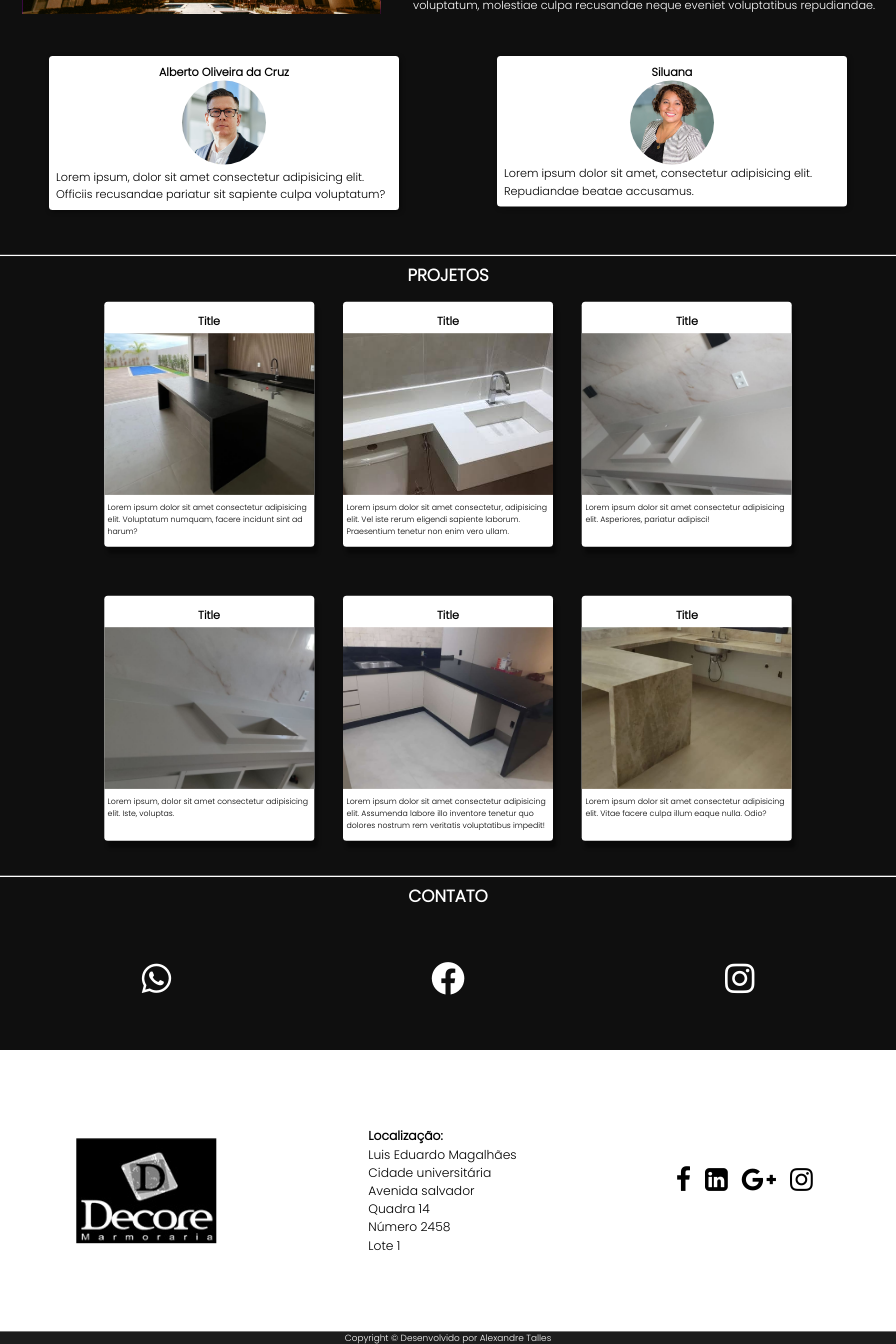
Repository: XFERRER7/projeto-xt7
Page: projetoMarmoraria/index.html
An editor plug-in stored every save of this project. The page is shown before and after the next save, followed by the edit.
The browser window is 1280 px wide. The pictures show the part of the page from y = 1100 to 3020 px (the page is 3020 px tall), at 70% of full size.
Some web libraries are served in a nearby version.

Above is the page before, as saved 2022-05-09 18:58:32.

### projetoMarmoraria/index.html
<!DOCTYPE html>
<html lang="pt-br">

<head>
  <meta charset="UTF-8">
  <meta http-equiv="X-UA-Compatible" content="IE=edge">
  <meta name="viewport" content="width=device-width, initial-scale=1.0">
  <title>Marmoraria Decore</title>
  <link rel="stylesheet" href="css/style.css">
  <link rel="stylesheet" href="https://cdnjs.cloudflare.com/ajax/libs/font-awesome/6.1.1/css/all.min.css"
    integrity="sha512-KfkfwYDsLkIlwQp6LFnl8zNdLGxu9YAA1QvwINks4PhcElQSvqcyVLLD9aMhXd13uQjoXtEKNosOWaZqXgel0g=="
    crossorigin="anonymous" referrerpolicy="no-referrer" />
  <link rel="stylesheet" href="https://cdnjs.cloudflare.com/ajax/libs/font-awesome/6.1.1/css/solid.min.css"
    integrity="sha512-qzgHTQ60z8RJitD5a28/c47in6WlHGuyRvMusdnuWWBB6fZ0DWG/KyfchGSBlLVeqAz+1LzNq+gGZkCSHnSd3g=="
    crossorigin="anonymous" referrerpolicy="no-referrer" />
  <link rel="stylesheet" href="https://cdnjs.cloudflare.com/ajax/libs/font-awesome/4.7.0/css/font-awesome.min.css" />

</head>

<body>

  <!-- ----------------------------------------------------------------------------------------------------------------- -->


  <!-- HEADER -->
  <header>
    <nav>
      <a class="logo" href="#">MARMORARIA <span id="decore">DECORE</span></a>
      <div class="mobile-menu">
        <div class="line1"></div>
        <div class="line2"></div>
        <div class="line3"></div>
      </div>
      <ul class="nav-list">
        <li><a href="#">Início</a></li>
        <li><a href="#">Sobre</a></li>
        <li><a href="#">Projetos</a></li>
        <li><a href="#">Contato</a></li>
      </ul>
    </nav>
    <div class="hero-section">
      <div class="hero-section-text">
        <h1 id="titulo-header">MARMORES SOB MEDIDA</h1>
        <p id="paragrafo-header">Lorem ipsum, dolor sit amet consectetur adipisicing elit.</p>
      </div>
    </div>
  </header>
  <!-- FIM DO HEADER -->


  <!-- ----------------------------------------------------------------------------------------------------------------- -->


  <!-- MAIN -->
  <main>

    <!-- SECTION B -->
    <section class="section-b">
      <h1 id="section-b-h1">SOBRE</h1>


      <!-- SOBRE PARA CELULAR -->
      <div class="cel">
        <div class="card" id="card-1"></div>
        <p class="text-sobre">Lorem ipsum dolor sit amet consectetur adipisicing elit. Aspernatur maxime illo architecto
          repellendus. Voluptatum ab magnam nihil suscipit, error quod iste dicta, quisquam fugiat, veritatis veniam
          aspernatur modi! Commodi aut officia optio reprehenderit hic sunt aspernatur ipsam minus, dicta qui omnis,
          ratione voluptatem quas sint labore. Temporibus id distinctio asperiores natus omnis earum amet. Obcaecati
          atque, a placeat necessitatibus dolorum labore rerum veritatis adipisci unde itaque iusto, voluptate quis
          tenetur voluptatibus doloremque at voluptates commodi! Ex recusandae repellat iste modi sapiente? Minus, ullam
          ad quia pariatur delectus quaerat velit sit labore aspernatur consequuntur possimus ipsum ipsam, vero ea
          expedita in sequi? Consequuntur iusto repellendus minus hic velit eum, veritatis molestias, sequi, laborum
          nisi consequatur. Dolore, amet placeat. Molestias molestiae aperiam soluta voluptatum odit voluptatem atque,
          repellendus asperiores maiores libero. Nulla odio alias reiciendis dolore cum deleniti beatae autem molestias
          earum minima accusamus nesciunt nostrum quos fugiat cupiditate molestiae, veniam doloremque.</p>
      </div>


      <!-- SOBRE PARA TELAS MAIORES -->
      <div class="imgtext">
        <div id="imgtext-img">
          <div id="content-imgtext-img"></div>
        </div>
        <div id="imgtext-text">
          <div id="content-imgtext-text">
            <p id="content-imgtext-text-p">Lorem ipsum dolor sit amet consectetur adipisicing elit. Odio non, itaque
              quae ut voluptas culpa quod amet dignissimos repellat consequuntur atque enim, nobis, commodi rerum. Quae
              iste repellat voluptatibus dignissimos numquam magnam et vel ratione temporibus, esse nihil eveniet a
              aperiam saepe enim debitis provident! Iure a accusantium voluptate doloribus, velit qui eum porro dicta
              ipsam quos facilis, id officiis molestiae est atque tempora, provident itaque explicabo voluptatem fugiat
              neque inventore eligendi. Reprehenderit fugit quod ratione fugiat inventore facere possimus fuga maiores
              recusandae, illum quaerat dolorum unde ipsa dolore asperiores alias nemo temporibus porro quam autem
              voluptate cumque velit optio nulla. Recusandae repudiandae aliquid explicabo veniam nisi illum numquam
              sequi quisquam aperiam, reprehenderit molestiae, cum animi itaque quo nesciunt facere cupiditate quasi
              quibusdam sed hic, aliquam tempora? Perspiciatis modi eligendi voluptatum, molestiae culpa recusandae
              neque eveniet voluptatibus repudiandae.</p>
          </div>
        </div>

      </div>

      <div class="container-about-person">

        <div class="about-person">
          <h4>Alberto Oliveira da Cruz</h4>
          <div class="img-person" id="person-1"></div>
          <p class="p-about-person">Lorem ipsum, dolor sit amet consectetur adipisicing elit. Officiis recusandae
            pariatur sit sapiente culpa voluptatum?</p>
        </div>

        <div class="about-person">
          <h4>Siluana</h4>
          <div class="img-person" id="person-2"></div>
          <p>Lorem ipsum dolor sit amet, consectetur adipisicing elit. Repudiandae beatae accusamus.</p>
        </div>

      </div>
    </section>


    <div class="divisa"></div>


    <!-- SECTION A -->
    <section class="section-a">
      <h1 id="section-a-h1">PROJETOS</h1>

      <!-- Container dos cards -->
      <div class="container-cards-main">

        <!-- Card 1 -->
        <div class="card-main">
          <h4 class="title-card">Title</h4>
          <div id="card-img-1"></div>
          <p class="descricao-card">Lorem ipsum dolor sit amet consectetur adipisicing elit. Voluptatum numquam, facere
            incidunt sint ad harum?</p>
        </div>

        <!-- Card 2 -->
        <div class="card-main">
          <h4 class="title-card">Title</h4>
          <div id="card-img-2"></div>
          <p class="descricao-card">Lorem ipsum dolor sit amet consectetur, adipisicing elit. Vel iste rerum eligendi
            sapiente laborum. Praesentium tenetur non enim vero ullam.</p>
        </div>

        <!-- Card 3 -->
        <div class="card-main">
          <h4 class="title-card">Title</h4>
          <div id="card-img-3"></div>
          <p class="descricao-card">Lorem ipsum dolor sit amet consectetur adipisicing elit. Asperiores, pariatur
            adipisci!</p>
        </div>

        <!-- Card 4 -->
        <div class="card-main">
          <h4 class="title-card">Title</h4>
          <div id="card-img-4"></div>
          <p class="descricao-card">Lorem ipsum, dolor sit amet consectetur adipisicing elit. Iste, voluptas.</p>
        </div>

        <!-- Card 5 -->
        <div class="card-main">
          <h4 class="title-card">Title</h4>
          <div id="card-img-5"></div>
          <p class="descricao-card">Lorem ipsum dolor sit amet consectetur adipisicing elit. Assumenda labore illo
            inventore tenetur quo dolores nostrum rem veritatis voluptatibus impedit!</p>
        </div>

        <!-- Card 6 -->
        <div class="card-main">
          <h4 class="title-card">Title</h4>
          <div id="card-img-6"></div>
          <p class="descricao-card">Lorem ipsum dolor sit amet consectetur adipisicing elit. Vitae facere culpa illum
            eaque nulla. Odio?</p>
        </div>
      </div>
    </section>



    <div class="divisa"></div>


    <!-- SECTION C -->
    <section class="section-c">
      <h1 id="section-c-h1">CONTATO</h1>
      <div id="main-div-img">
        <a href="#"><i class="fa-brands fa-whatsapp"></i></a>
        <a href="#"><i class="fa-brands fa-facebook"></i></a>
        <a href="#"><i class="fa-brands fa-instagram"></i></a>
      </div>
    </section>

  </main>
  <!-- FIM DO MAIN -->

  <!-- ----------------------------------------------------------------------------------------------------------------- -->

  <footer>
    <div class="container-footer">

      <div class="footer-up">
        <div class="footer-a block-footer-up">
          <div id="img-footer"></div>
        </div>
        <div class="footer-b block-footer-up">
          <h4>Localização:</h4>
          <p class="footer-b-p">Luis Eduardo Magalhães</p>
          <p class="footer-b-p">Cidade universitária</p>
          <p class="footer-b-p">Avenida salvador</p>
          <p class="footer-b-p">Quadra 14</p>
          <p class="footer-b-p">Número 2458</p>
          <p class="footer-b-p">Lote 1</p>
        </div>
        <div class="footer-c block-footer-up">
          <ul class="footer-c-list">
            <li><a href="#" class="medias"><i class="fa fa-facebook"></i></a></li>
            <li><a href="#" class="medias"><i class="fa fa-linkedin-square"></i></a></li>
            <li><a href="#" class="medias"><i class="fa fa-google-plus"></i></a></li>
            <li><a href="#" class="medias"><i class="fa fa-instagram"></i></a></li>
          </ul>
        </div>
      </div>

      <div id="footer-sub">
        <p>Copyright &copy; Desenvolvido por <span>Alexandre Talles</span></p>
      </div>






    </div>
  </footer>
  <script src="js/menu-bar.js"></script>
  <script src="js/changeText.js"></script>

</body>

</html>

### projetoMarmoraria/css/style.css
@import url('https://fonts.googleapis.com/css2?family=Poppins:ital,wght@0,300;1,100&display=swap');
@import url('https://fonts.googleapis.com/css2?family=Barlow:ital,wght@1,500&display=swap');

* {
  margin: 0;
  padding: 0;
  box-sizing: border-box;
  font-family: 'Poppins', sans-serif;
}

body {
  background-color: #0f0f0f;
  color: #ffffff;
}

::-webkit-scrollbar {
  width: 15px;
}

::-webkit-scrollbar-track {
  background: #000000;

}

::-webkit-scrollbar-thumb {
  background: rgb(154, 2, 255);
  border-radius: 3px;
}

/*----------------------------------MENU-BAR----------------------------------*/
nav a {
  color: #ffffff;
  text-decoration: none;
  transition: 0.8s;
}

nav a:hover {
  color: blue;
  opacity: 0.7;
}

.logo {
  font-size: 1.5em;
  text-transform: uppercase;
  color: #ffffff;
}

#decore {
  font-family: 'Barlow', sans-serif;
  color: #6817ff;
}

nav {
  display: flex;
  justify-content: space-around;
  align-items: center;
  font-family: 'Poppins', sans-serif;
  background: #111111;
  color: #ededed;
  height: 10vh;
  position: sticky;
  top: 0;
}


.nav-list {
  list-style: none;
  display: flex;
}

.nav-list li {
  letter-spacing: 3px;
  margin-left: 32px;
}

.mobile-menu {
  display: none;
  cursor: pointer;
}

.mobile-menu div {
  width: 32px;
  height: 2px;
  background: rgb(20, 24, 255);
  margin: 8px;
  transition: 0.3s;
}

@media (max-width: 999px) {
  body {
    overflow-x: hidden;
  }

  .nav-list {
    overflow-x: hidden;
    position: fixed;
    top: 10vh;
    right: 0;
    width: 50vw;
    height: 40vh;
    background: #161616;
    flex-direction: column;
    align-items: center;
    justify-content: space-around;
    transform: translateX(100%);
    transition: transform 0.3s ease-in;
  }

  .nav-list li {
    margin-left: 0;
    opacity: 0;
  }

  .mobile-menu {
    display: block;
  }
}

@media (max-width: 300px) {
  .logo {
    font-size: 0.8rem;
  }
}

.nav-list.active {
  transform: translateX(0);
}

@keyframes navLinkFade {
  from {
    opacity: 0;
    transform: translateX(50px);
  }

  to {
    opacity: 1;
    transform: translateX(0);
  }
}

.mobile-menu.active .line1 {
  transform: rotate(-45deg) translate(-8px, 8px);
}

.mobile-menu.active .line2 {
  opacity: 0;
}

.mobile-menu.active .line3 {
  transform: rotate(45deg) translate(-5px, -7px);
}

/*------------------------------IMAGEM DO HEADER------------------------------*/
.hero-section {
  background-image: linear-gradient(to bottom, rgba(0, 0, 0, 0.516), rgba(0, 0, 0, 0.516)), url(../img/img-header.jpg);
  background-position: 50%;
  background-repeat: no-repeat;
  background-size: cover;
  height: 90vh;
  text-align: center;
  display: -webkit-flex;
  display: -ms-flexbox;
  display: flex;
  -webkit-align-items: center;
  -ms-flex-align: center;
  align-items: center;
  -webkit-justify-content: center;
  -ms-flex-pack: center;
  justify-content: center;
}

#titulo-header {
  font-size: 2.3rem;
}

#paragrafo-header {
  font-size: 0.8rem;
}

.hero-section .hero-section-text {
  color: #fefefe;
  text-shadow: 1px 1px 2px #0a0a0a;
}


main {
  margin: 0;
  padding: 0;
  width: 100%;
}

/*------------------------------------Sobre------------------------------------*/

.section-b {
  background-color: #0f0f0f;
  color: #ffffff;
  margin-bottom: 5%;
}

#section-b-h1 {
  text-align: center;
  padding-top: 10px;
}

.imgtext {
  display: flex;
  margin-top: 10px;
  margin-bottom: 10px;
  height: 55%;
  margin-top: 30px;
}

#imgtext-img {
  width: 50%;
}

#imgtext-text {
  height: 100%;
  width: 50%;

}

#content-imgtext-img {
  background-color: #cd06ff;
  background-image: url(../img/img-sobre.jpg);
  background-position: center;
  background-repeat: no-repeat;
  background-size: cover;
  height: 100%;
  width: 80%;
  margin-left: 5%;
}

#content-imgtext-text {
  margin-left: -50px;
}



@media (max-width: 999px) {

  .imgtext {
    display: none;
  }

  div.card {
    width: 90%;
    height: 250px;
    background-color: #000000;
    margin: 10px 20px 0px 0px;
    background-size: cover;
    background-position: center center;
    border-radius: 5px;
  }

  div.card:hover {
    transform: scale(1.05);
    transition: all 0.5s ease-in-out;
  }

  #card-1 {
    background-image: url(../img/img-sobre.jpg);
    margin-left: 20px;
  }

  .text-sobre {
    padding: 1.2rem;
    margin: auto;
  }


}

@media (min-width: 999px) {
  .card {
    display: none;
  }

  .cel {
    display: none;
  }

}

.divisa {
  height: 2px;
  background-color: #ffffff;
}

.container-about-person {
  display: flex;
  flex-wrap: wrap;
  margin-top: 45px;
}

.about-person {
  background-color: #ffffff;
  color: #000000;
  box-shadow: 2px 2px 8px rgba(0, 0, 0, 0.438);
  border-radius: 5px;
  min-height: 200px;
  width: 500px;
  margin: auto;
  display: flex;
  align-items: center;
  justify-content: center;
  flex-direction: column;
  padding: 10px;
  margin-top: 15px;
}

.img-person {
  background-position: center top;
  background-repeat: no-repeat;
  background-size: cover;
  border-radius: 50%;
  width: 120px;
  height: 120px;
}

.p-about-person {
  margin-top: 5px;
}

/*Arrumar img-person*/

#person-1 {
  background-image: url(../img/ceo-1.jpg);
}

#person-2 {
  background-image: url(../img/ceo-2.jpg);
  background-position: center;
}

/*------------------------------Projetos------------------------------*/

.section-a {
  background-color: #0f0f0f;
}

#section-a-h1 {
  text-align: center;
  padding-top: 10px;
}

.container-cards-main {
  width: 80%;
  margin: auto;
  display: flex;
  flex-wrap: wrap;
}

.card-main {
  height: 350px;
  background-color: rgb(255, 255, 255);
  color: #000000;
  width: 300px;
  margin: 20px auto;
  margin-bottom: 50px;
  border-radius: 5px;
  padding: 10px 0px 10px 0px;
  box-shadow: 5px 10px 5px rgba(0, 0, 0, 0.404);
  transition: all 0.8s ease;

}

.card-main:hover {
  transform: scale(1.03);
}


.title-card {
  padding: 5px;
  text-align: center;
}

.descricao-card {
  padding: 10px 5px 10px 5px;
  font-size: 0.7rem;

}

#card-img-1 {
  height: 70%;
  background-image: url(../img/1.jpeg);
  background-position: center center;
  background-repeat: no-repeat;
  background-size: cover;
}

#card-img-2 {
  height: 70%;
  background-image: url(../img/2.jpeg);
  background-position: center center;
  background-repeat: no-repeat;
  background-size: cover;
}

#card-img-3 {
  height: 70%;
  background-image: url(../img/3.jpeg);
  background-position: center center;
  background-repeat: no-repeat;
  background-size: cover;
}

#card-img-4 {
  height: 70%;
  background-image: url(../img/4.jpeg);
  background-position: bottom center;
  background-repeat: no-repeat;
  background-size: cover;
}

#card-img-5 {
  height: 70%;
  background-image: url(../img/5.jpeg);
  background-position: center center;
  background-repeat: no-repeat;
  background-size: cover;
}

#card-img-6 {
  height: 70%;
  background-image: url(../img/6.jpeg);
  background-position: center center;
  background-repeat: no-repeat;
  background-size: cover;
}

@media (max-width: 999px) {
  .card-main {
    height: 450px;
    width: 400px;


  }

}

/*-----------------------------------Contato-----------------------------------*/

.section-c {
  background-color: #0f0f0f;

}

#section-c-h1 {
  text-align: center;
  padding-top: 10px;
  margin-bottom: 50px;
}

#main-div-img {
  display: grid;
  grid-template-columns: repeat(3, 1fr);
  font-size: 3rem;
  justify-items: center;
  padding: 15px;
  margin-bottom: 50px;
}

#main-div-img a {
  color: #ffffff;
}

.div-img {
  display: inline-block;
  width: 25%;
  text-align: center;
}

.div-linha {
  height: 2px;
  width: 100%;
}

.media {
  text-align: center;
}

/*-----------------------------------Footer-----------------------------------*/

footer {
  background-color: #ffffff;
  color: #000000;
}

.container-footer {
  background-color: #ffffff;
  color: #000000;
  font-size: 0.8rem;
  display: flex;
  align-items: center;
  justify-content: center;
  flex-direction: column;
}

.footer-up {
  background-color: #ffffff;
  color: #000000;
  height: 98%;
  width: 100%;
  display: flex;
  align-items: center;
  flex-direction: row;
}

.block-footer-up {
  padding: 10px;
  margin: 100px auto;
  font-size: 1.1rem;
}

#footer-sub {
  background-color: #1d1d1d;
  color: #ffffff;
  width: 100%;
  text-align: center;
}

#img-footer {
  background-image: url(../img/img-footer.jpeg);
  background-repeat: no-repeat;
  background-position: center;
  background-size: cover;
  height: 150px;
  width: 200px;
}

.footer-c-list {
  list-style: none;
  display: flex;
  align-items: center;
  justify-content: center;
  margin: 1rem 0 3rem 0;
}

.footer-c-list li {
  margin: 0 10px;
}

.footer-c-list a {
  background-color: #ffffff;
  color: #000000;
  text-decoration: none;
}

.footer-c-list a:hover i {
  color: #f01872;
  transition: 0.5s ease;
}

.medias {
  font-size: 38px;
}

@media (max-width: 999px) {
  .footer-up {
    flex-direction: column;
  }

  .block-footer-up {
    padding: 10px;
    margin: 10px auto;
  }

}

### projetoMarmoraria/js/menu-bar.js
class MobileNavbar {
  constructor(mobileMenu, navList, navLinks) {
    this.mobileMenu = document.querySelector(mobileMenu);
    this.navList = document.querySelector(navList);
    this.navLinks = document.querySelectorAll(navLinks);
    this.activeClass = "active";

    this.handleClick = this.handleClick.bind(this);
  }

  animateLinks() {
    this.navLinks.forEach((link, index) => {
      link.style.animation
        ? (link.style.animation = "")
        : (link.style.animation = `navLinkFade 0.5s ease forwards ${
            index / 7 + 0.3
          }s`);
    });
  }

  handleClick() {
    this.navList.classList.toggle(this.activeClass);
    this.mobileMenu.classList.toggle(this.activeClass);
    this.animateLinks();
  }

  addClickEvent() {
    this.mobileMenu.addEventListener("click", this.handleClick);
  }

  init() {
    if (this.mobileMenu) {
      this.addClickEvent();
    }
    return this;
  }
}

const mobileNavbar = new MobileNavbar(
  ".mobile-menu",
  ".nav-list",
  ".nav-list li",
);
mobileNavbar.init();

### projetoMarmoraria/js/changeText.js
function mudarTextoLbl1() {
  document.getElementById('descricao').textContent = "Lorem ipsum dolor sit amet consectetur adipisicing elit. Hic, nisi exercitationem harum officia facilis nihil vitae eligendi provident architecto quis quod unde quas incidunt assumenda corporis iste repudiandae esse voluptatibus?";
}
function mudarTextoLbl2() {
  document.getElementById('descricao').textContent = "Lorem ipsum dolor sit, amet consectetur adipisicing elit. Sapiente distinctio ipsa incidunt non exercitationem laboriosam animi id accusamus placeat, commodi, veniam rerum ut! Fugiat tenetur unde nihil minima fuga veniam odio nulla pariatur eum reiciendis.";
}
function mudarTextoLbl3() {
  document.getElementById('descricao').textContent = "Lorem ipsum dolor sit amet consectetur adipisicing elit. Quas nisi saepe nobis? Maxime blanditiis illo animi tempora maiores expedita qui eum, iusto, ratione odit quia repellendus delectus voluptate nobis nam tenetur, officiis magnam quisquam fugiat dicta nisi id natus. Magnam.";
}
function mudarTextoLbl4() {
  document.getElementById('descricao').textContent = "Lorem ipsum dolor sit amet, consectetur adipisicing elit. Quos eius dolor libero iste impedit nesciunt animi totam corporis id quod.";
}
function mudarTextoLbl5() {
  document.getElementById('descricao').textContent = "Lorem ipsum dolor sit amet, consectetur adipisicing elit. Obcaecati nulla quos quia? Consectetur laudantium illum asperiores excepturi. Itaque ab, rem tempore ullam, fugit aspernatur est alias quaerat expedita nulla, unde recusandae dolore quidem reiciendis atque?";
}

After the next save:
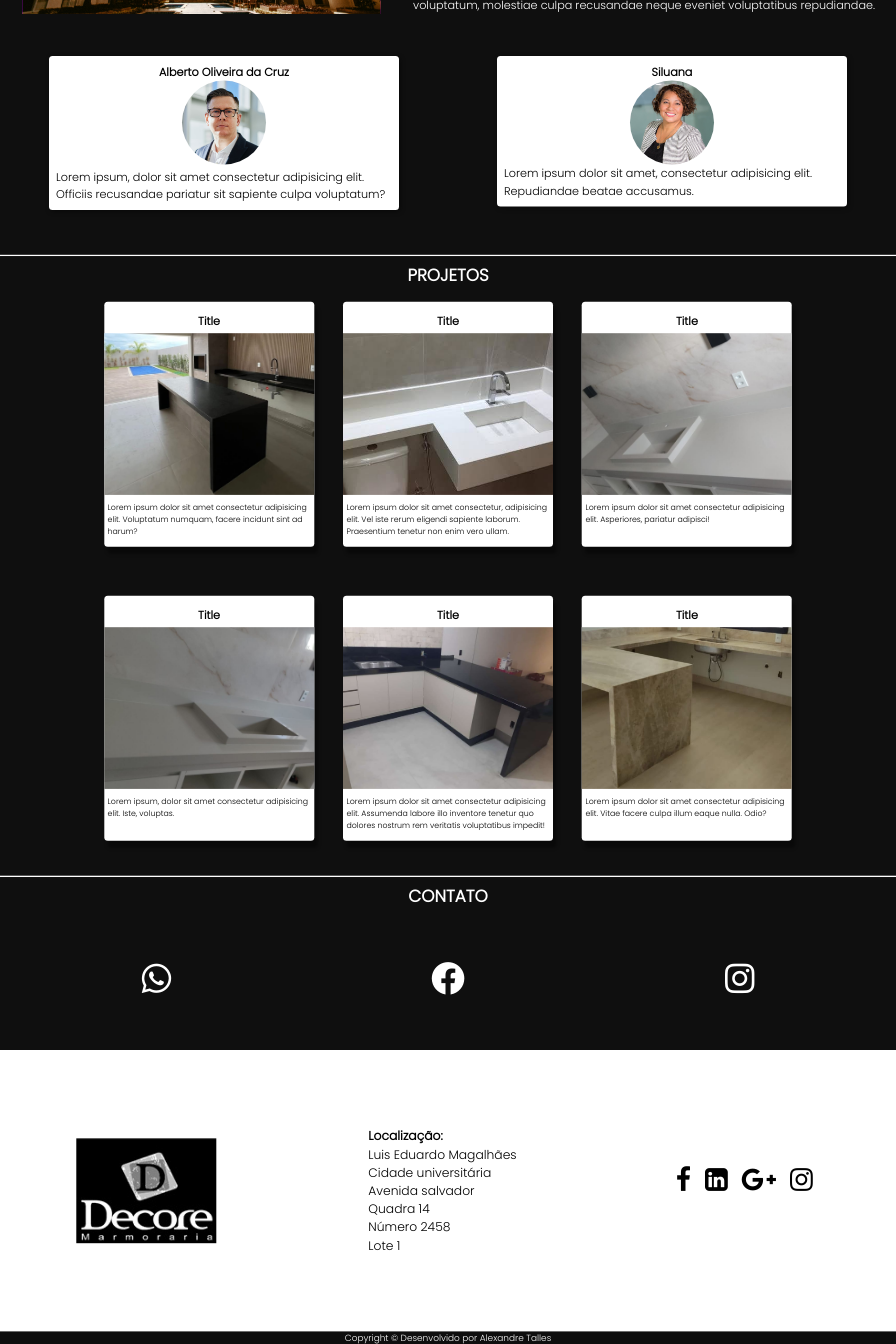
Saved 11 s later.
--- a/projetoMarmoraria/css/style.css
+++ b/projetoMarmoraria/css/style.css
@@ -514,7 +514,7 @@ footer {
 }
 
 #footer-sub {
-  background-color: #1d1d1d;
+  background-color: #0e0e0e;
   color: #ffffff;
   width: 100%;
   text-align: center;
